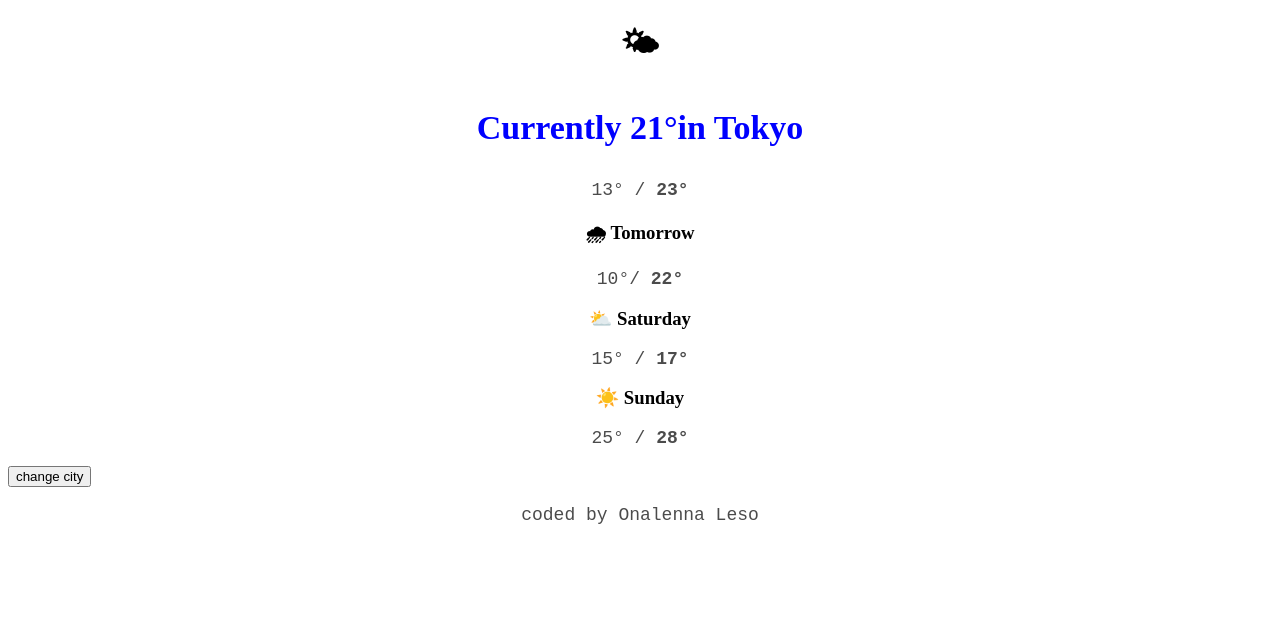
Repository: onalennaleso/empty
Page: homework.html
An editor plug-in stored every save of this project. The page is shown before and after the next save, followed by the edit.
The browser window is 1280 px wide. The pictures show the whole page.

Above is the page before, as saved 2024-02-02 01:34:12.

### homework.html
<!DOCTYPE html>
<html lang="en">

<head>
    <meta charset="UTF-8">
    <meta name="viewport" content="width=>, initial-scale=1.0">
    <title>Weather demo</title>
    <style>
        h1 {
            text-align: center;
        }

        h2 {
            color: blue;
            text-align: center;
            font-weight: helvetica, arial, sans-serif;
            font-size: 34px;
            line-height: 48px;
        }

        h3 {
            text-align: center;
            font-weight: helvetica, arial, sans-serif;
        }

        ul {
            text-align: center;
            list-style: none;
            padding: 0;
        }

        li {
            text-align: center;
        }

        li :hover {
            background: yellow;
        }

        P {
            text-align: center;
            font-size: 18px;
            opacity: 0.7;
            font-family: monospace;
        }
    </style>
</head>

<body>
    <h1>
        🌤
    </h1>
    <h2>
        Currently 21&deg;in Tokyo
    </h2>
    <p> 13&deg; / <strong> 23&deg; </strong></p>
    <ul>
        <li>
            <h3>
                🌧 Tomorrow
            </h3>
            <p>10&deg;/ <strong> 22&deg;</strong></p>
        </li>
        <li>
            <h3>
                ⛅ Saturday
            </h3>
            <p> 15&deg; / <strong> 17&deg;</strong></p>
        </li>
        <li>
            <h3>
                ☀️ Sunday
            </h3>
            <p> 25&deg; / <strong> 28&deg;</strong></p>
        </li>
    </ul>
    <button>
        change city
    </button>
    <p>
        coded by Onalenna Leso
    </p>
</body>

</html>

After the next save:
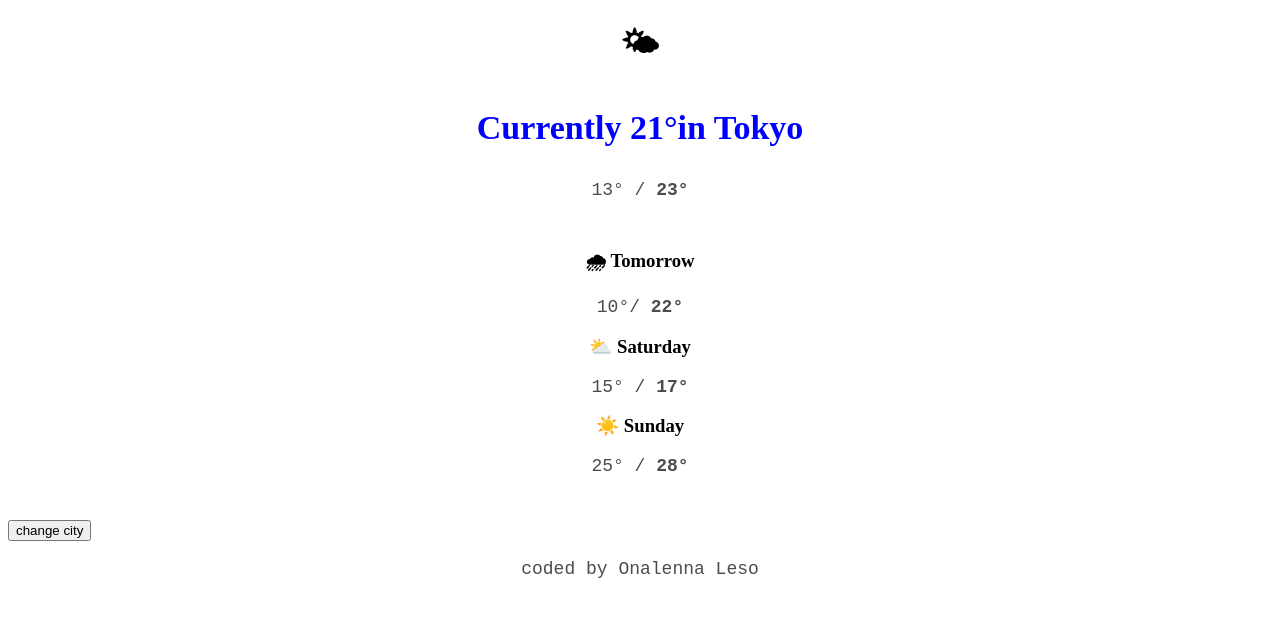
Saved 84 s later.
--- a/homework.html
+++ b/homework.html
@@ -26,7 +26,9 @@
         ul {
             text-align: center;
             list-style: none;
-            padding: 0;
+            padding: 10px 0;
+            border-radius: 10px;
+            transition: all 150ms ease-in-out;
         }
 
         li {
